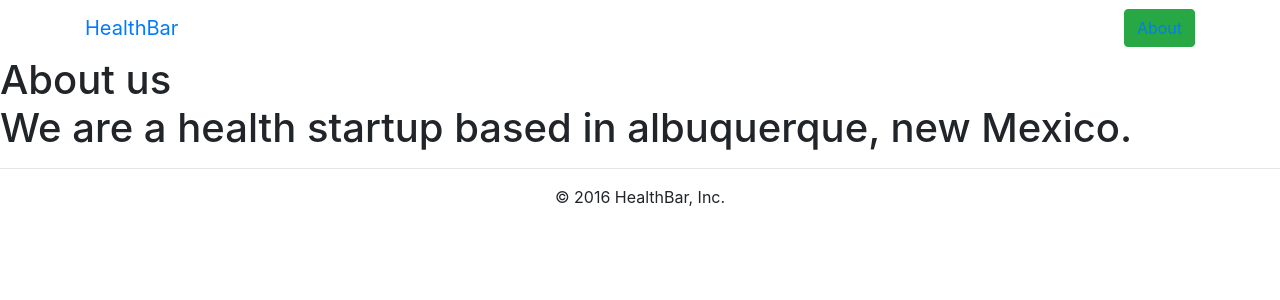
Repository: AdaLover/demoExpressApp
Page: http://localhost/about
The author's editor kept a copy of each file at every save. The page is drawn from the files as they stood at one save, then again after the next save.
The browser window is 1280 px wide. The pictures show the whole page.
The page is served by the project's Node server (app.js).

Above is the page before, as saved 2018-01-29 18:22:23.

### views/about.pug
extends layout

block content
 h1 About us
  p We are a health startup based in albuquerque, new Mexico.

### views/layout.pug
doctype html
html(lang="en")
  head
    title Jumbotron Template for Bootstrap
    link(rel="stylesheet" href="https://maxcdn.bootstrapcdn.com/bootstrap/4.0.0/css/bootstrap.min.css" integrity="sha384-Gn5384xqQ1aoWXA+058RXPxPg6fy4IWvTNh0E263XmFcJlSAwiGgFAW/dAiS6JXm" crossorigin="anonymous")
  body
    nav.navbar.navbar-inverse.navbar-fixed-top
      .container
        .navbar-header
          a.navbar-brand(href="/") HealthBar
        #navbar
            button.btn.btn-success()
             a(href="about") About
    block content
    hr
    footer
     p(class='text-center') © 2016 HealthBar, Inc.

### app.js
const express = require('express');
const path  =  require('path');
const bodyParser = require('body-parser');
const nodemailer = require('nodemailer');

const app = express();

app.use(bodyParser.json());
app.use(bodyParser.urlencoded({'extended':false}));

app.set('views', path.join(__dirname,'views'));
app.set('view engine','pug');

app.get('/',(req,rew)=>{
    rew.render('index');
});
app.get('/about',(req,rew)=>{
    rew.render('about');
});

app.listen(5000);
console.log("server running on port 5000.");

After the next save:
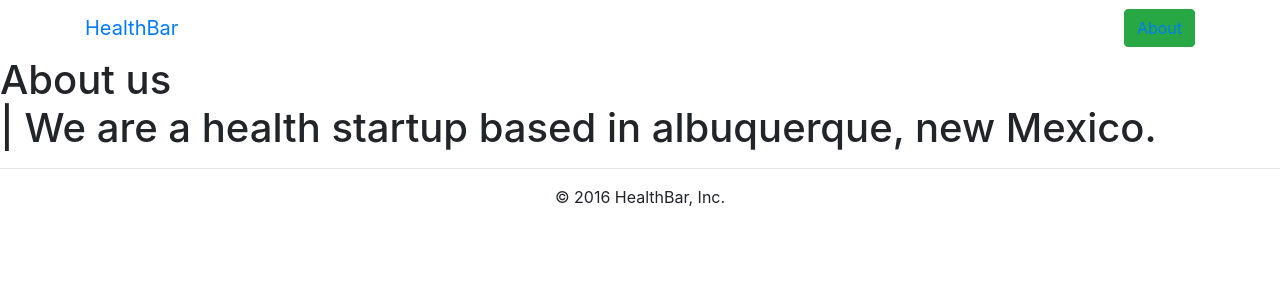
Saved 5 min 20 s later.
--- a/views/about.pug
+++ b/views/about.pug
@@ -2,4 +2,4 @@
 
 block content
  h1 About us
-  p We are a health startup based in albuquerque, new Mexico.
+  p | We are a health startup based in albuquerque, new Mexico.

After the save that followed:
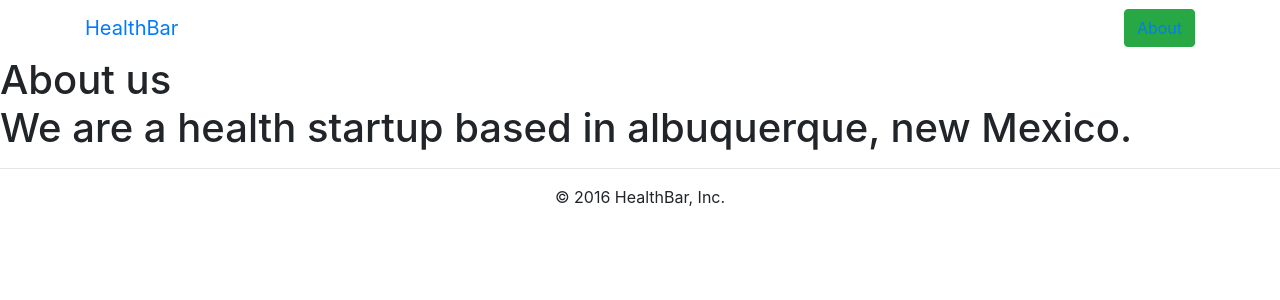
Saved 11 s later.
--- a/views/about.pug
+++ b/views/about.pug
@@ -2,4 +2,5 @@
 
 block content
  h1 About us
-  p | We are a health startup based in albuquerque, new Mexico.
+  p
+   | We are a health startup based in albuquerque, new Mexico.
